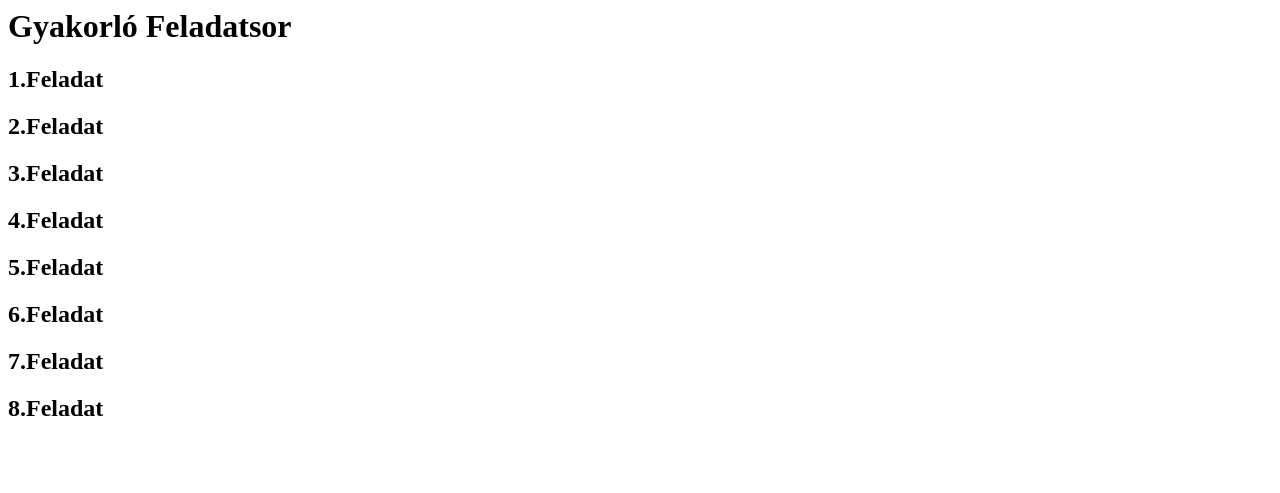
Repository: doomhyena/htdocs
Page: http://localhost/00.Home/03.harmadik.php
The author's editor kept a copy of each file at every save. The page is drawn from the files as they stood at one save, then again after the next save.
The browser window is 1280 px wide. The pictures show the whole page.
The page is run by PHP 8.4 with error messages shown; the project is at /var/www/html/.

Above is the page before, as saved 2024-09-21 09:18:22.

After the next save:
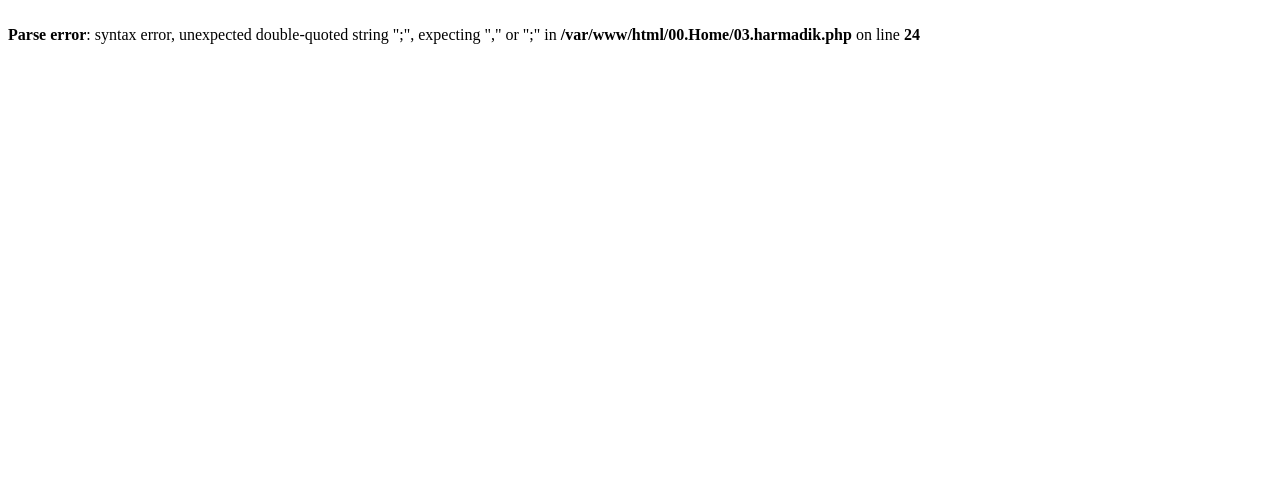
Saved 15 s later.
--- a/00.Home/03.harmadik.php
+++ b/00.Home/03.harmadik.php
@@ -18,7 +18,7 @@
 $b = 30;
 
 if ($a < $b) {
-
+    echo "$a kisebb, mint $b"";
 }
 
 echo "<h2>2.Feladat</h2>";

After the save that followed:
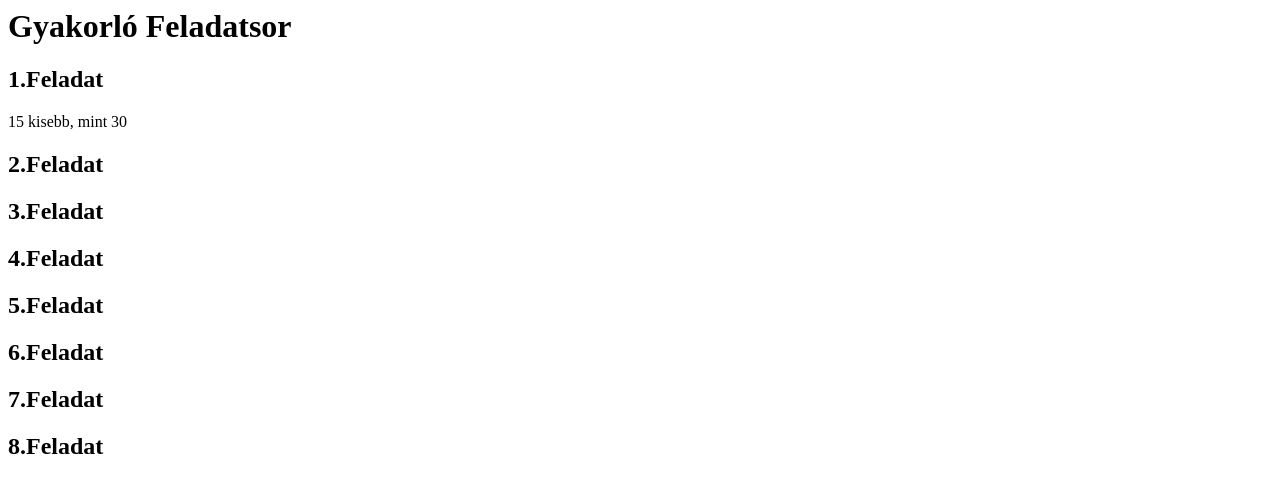
Saved 5 s later.
--- a/00.Home/03.harmadik.php
+++ b/00.Home/03.harmadik.php
@@ -18,7 +18,7 @@
 $b = 30;
 
 if ($a < $b) {
-    echo "$a kisebb, mint $b"";
+    echo "$a kisebb, mint $b";
 }
 
 echo "<h2>2.Feladat</h2>";
